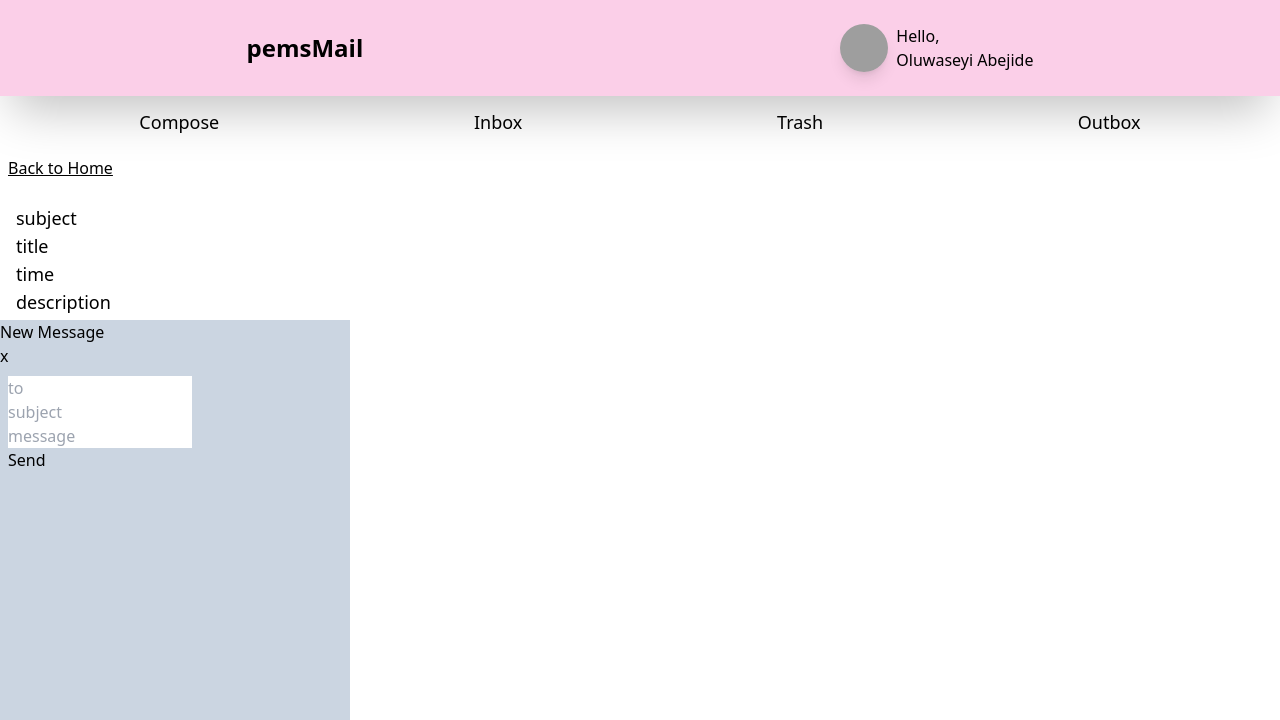
Repository: Semanmernstack/mailclone
Page: /mail
An editor plug-in stored every save of this project. The page is shown before and after the next save, followed by the edit.
The browser window is 1280 px wide. The pictures show the whole page.
Pictures or frames that could not be fetched are drawn as grey boxes. The project was rebuilt for these pictures with package versions that can differ from the ones it lists, and the page was loaded fresh each time. Also part of the build but not shown: src/features/counter/Counter.module.css, src/features/counter/Counter.js, src/OpenRow.js, src/Open.js.

Above is the page before, as saved 2023-01-16 03:57:53.

After the next save:
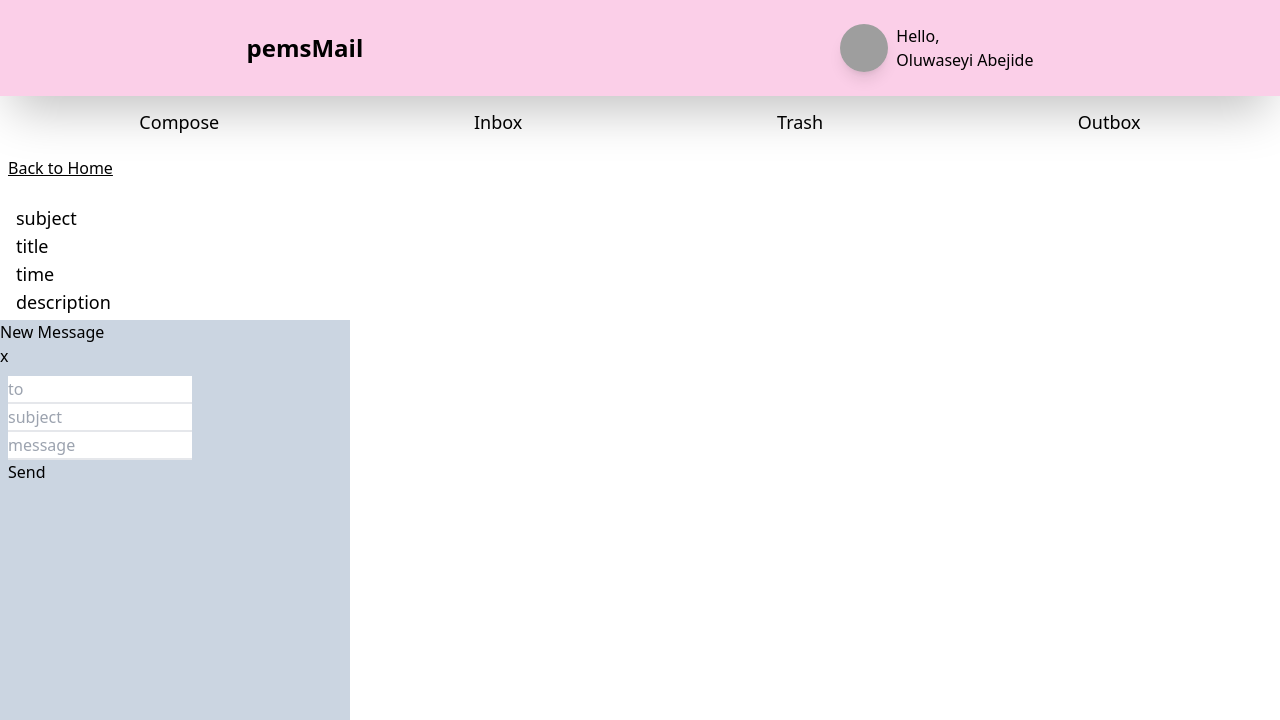
Saved 3 min 52 s later.
--- a/src/SendMail.js
+++ b/src/SendMail.js
@@ -13,6 +13,8 @@ function SendMail() {
             <form onSubmit={handleSubmit(onSubmit)} className="flex flex-col p-2 h-[200px] w-[200px]" >
                 <input type="emails"
                     placeholder='to'
+                    className='h-7 border-b-2'
+
                     {...register("to", { required: true })}
 
                 />
@@ -20,6 +22,8 @@ function SendMail() {
 
                 <input type="text"
                     placeholder='subject'
+                    className='h-7 border-b-2'
+
                     {...register("subject", { required: true })}
 
                 />
@@ -28,7 +32,8 @@ function SendMail() {
 
                 <input type="text"
                     placeholder='message'
-                    className=''
+                    className='h-7 border-b-2'
+
                     {...register("message", { required: true })}
                 />
                 {errors.message && <p className=''>message is Requred</p>}
